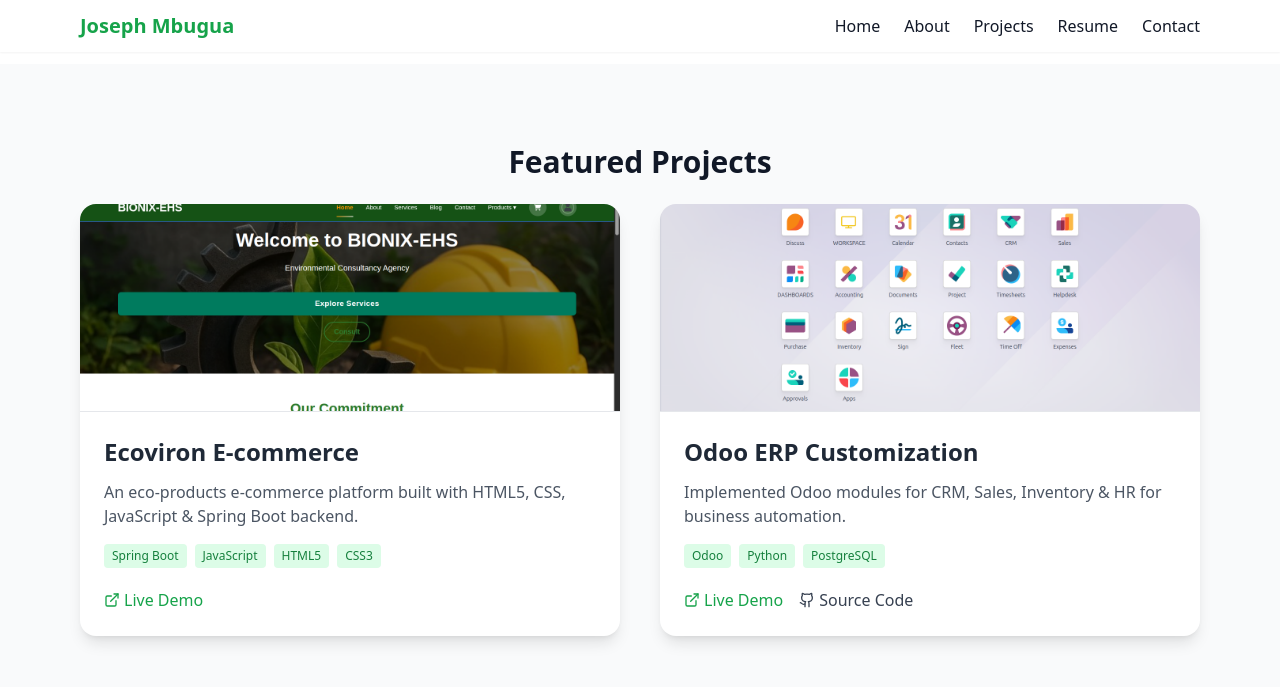
Repository: mbuguag/Portfolio
Page: /projects
The author's editor kept a copy of each file at every save. The page is drawn from the files as they stood at one save, then again after the next save.
The browser window is 1280 px wide. The pictures show the whole page.
The project was rebuilt for these pictures with package versions that can differ from the ones it lists, and the page was loaded fresh each time. Also part of the build but not shown: vite.config.js, src/components/Hero/Hero.jsx, src/pages/Home.jsx, src/pages/About.jsx, src/pages/Resume.jsx, src/pages/Contact.jsx.

Above is the page before, as saved 2025-10-24 12:52:19.

### index.html
<!doctype html>
<html lang="en">
  <head>
    <meta charset="UTF-8" />
    <link rel="icon" type="image/svg+xml" href="/vite.svg" />
    <meta name="viewport" content="width=device-width, initial-scale=1.0" />
    <title>dev-portfolio</title>
  </head>
  <body>
    <div id="root"></div>
    <script type="module" src="/src/main.jsx"></script>
  </body>
</html>

### src/App.jsx
import { Routes, Route } from "react-router-dom";
import Navbar from "./components/Navbar";
import Home from "./pages/Home";
import About from "./pages/About";
import Resume from "./pages/Resume";
import Projects from "./pages/Projects";
import Contact from "./pages/Contact";
import { AnimatePresence } from "framer-motion";

function App() {
  return (
    <>
      <Navbar />
      <div className="pt-16">
        <AnimatePresence mode="wait">
          <Routes>
            <Route path="/" element={<Home />} />
            <Route path="/about" element={<About />} />
            <Route path="/resume" element={<Resume />} />
            <Route path="/projects" element={<Projects />} />
            <Route path="/contact" element={<Contact />} />
          </Routes>
        </AnimatePresence>
      </div>
    </>
  );
}

export default App;

### src/index.css
@tailwind base;
@tailwind components;
@tailwind utilities;

/* Global */
:root {
  scroll-behavior: smooth;
}

body {
  @apply bg-white text-gray-900 dark:bg-gray-900 dark:text-gray-100 font-sans;
}

/* container helper */
.container {
  @apply max-w-6xl mx-auto px-4;
}

/* small utility */
.section-title {
  @apply text-3xl font-semibold mb-6;
}

.card {
  @apply bg-white dark:bg-gray-800 rounded-xl shadow-sm overflow-hidden;
}

### src/components/Navbar.jsx
import React from "react";
import { Link, NavLink } from "react-router-dom";

export default function Navbar() {
  return (
    <nav className="fixed top-0 left-0 w-full bg-white/80 dark:bg-gray-900/80 backdrop-blur-lg shadow-sm z-50">
      <div className="container mx-auto px-6 py-3 flex justify-between items-center">
        <Link to="/" className="text-xl font-bold text-green-600 dark:text-green-400">
          Joseph Mbugua
        </Link>

        <div className="space-x-6 hidden md:flex">
          <NavLink to="/" className="hover:text-green-500" end>Home</NavLink>
          <NavLink to="/about" className="hover:text-green-500">About</NavLink>
          <NavLink to="/projects" className="hover:text-green-500">Projects</NavLink>
          <NavLink to="/resume" className="hover:text-green-500">Resume</NavLink>
          <NavLink to="/contact" className="hover:text-green-500">Contact</NavLink>
        </div>
      </div>
    </nav>
  );
}

### src/pages/Projects.jsx
import React from "react";
import { motion } from "framer-motion";
import { ExternalLink, Github } from "lucide-react";
import { projects } from "../data/projects"; // make sure this file exports your project list

export default function Projects() {
  return (
    <section id="projects" className="py-20 bg-gray-50 dark:bg-gray-950 transition-colors">
      <div className="container">
        <motion.h2
          className="section-title text-center mb-12"
          initial={{ opacity: 0, y: 20 }}
          animate={{ opacity: 1, y: 0 }}
          transition={{ duration: 0.6 }}
        >
          Featured Projects
        </motion.h2>

        <div className="grid gap-10 md:grid-cols-2">
          {projects.map((p, i) => (
            <motion.article
              key={p.id || i}
              className="bg-white dark:bg-gray-900 rounded-2xl shadow-lg overflow-hidden hover:shadow-2xl transition-all"
              initial={{ opacity: 0, y: 40 }}
              whileInView={{ opacity: 1, y: 0 }}
              transition={{ duration: 0.6, delay: i * 0.1 }}
              viewport={{ once: true }}
            >
              <img
                src={p.image}
                alt={p.title}
                className="w-full h-52 object-cover border-b dark:border-gray-800"
              />
              <div className="p-6">
                <h3 className="text-2xl font-semibold text-gray-800 dark:text-gray-100">{p.title}</h3>
                <p className="mt-3 text-gray-600 dark:text-gray-400">{p.description}</p>

                {/* Tech tags */}
                <div className="mt-4 flex flex-wrap gap-2">
                  {p.tech?.map((t) => (
                    <span
                      key={t}
                      className="px-2 py-1 bg-green-100 dark:bg-green-900/30 text-green-700 dark:text-green-300 rounded text-xs"
                    >
                      {t}
                    </span>
                  ))}
                </div>

                {/* Links */}
                <div className="mt-5 flex items-center gap-4">
                  {p.live && (
                    <a
                      href={p.live}
                      target="_blank"
                      rel="noreferrer"
                      className="inline-flex items-center text-green-600 dark:text-green-400 hover:underline"
                    >
                      <ExternalLink size={16} className="mr-1" /> Live Demo
                    </a>
                  )}
                  {p.github && (
                    <a
                      href={p.github}
                      target="_blank"
                      rel="noreferrer"
                      className="inline-flex items-center text-gray-700 dark:text-gray-300 hover:underline"
                    >
                      <Github size={16} className="mr-1" /> Source Code
                    </a>
                  )}
                </div>
              </div>
            </motion.article>
          ))}
        </div>
      </div>
    </section>
  );
}

### src/components/Skills.jsx
import React from "react";
import { motion } from "framer-motion";
import { Code, Database, Globe, Layers } from "lucide-react";

const skillsData = [
  {
    category: "Frontend",
    icon: <Globe className="w-6 h-6 text-blue-500" />,
    skills: [
      { name: "React / Next.js", level: 90 },
      { name: "JavaScript (ES6+)", level: 85 },
      { name: "Tailwind CSS", level: 80 },
      { name: "HTML / CSS", level: 95 },
    ],
  },
  {
    category: "Backend",
    icon: <Database className="w-6 h-6 text-green-500" />,
    skills: [
      { name: "Java Spring Boot", level: 90 },
      { name: "RESTful APIs", level: 88 },
      { name: "PostgreSQL / MySQL", level: 80 },
      { name: "JWT / OAuth Security", level: 75 },
    ],
  },
  {
    category: "Tools & DevOps",
    icon: <Layers className="w-6 h-6 text-purple-500" />,
    skills: [
      { name: "Git / GitHub", level: 90 },
      { name: "Docker", level: 75 },
      { name: "CI/CD (GitHub Actions)", level: 70 },
      { name: "Linux / Ubuntu", level: 85 },
    ],
  },
  {
    category: "Other Technologies",
    icon: <Code className="w-6 h-6 text-yellow-500" />,
    skills: [
      { name: "Odoo ERP (CRM, Sales, Inventory)", level: 80 },
      { name: "Firebase / FCM", level: 70 },
      { name: "Flutter Integration", level: 65 },
      { name: "WebSockets / Real-time Systems", level: 78 },
    ],
  },
];

export default function Skills() {
  return (
    <section id="skills" className="py-20 bg-gray-50 dark:bg-gray-950 transition-colors">
      <div className="container">
        <motion.h2
          className="section-title text-center mb-12"
          initial={{ opacity: 0, y: 20 }}
          whileInView={{ opacity: 1, y: 0 }}
          transition={{ duration: 0.6 }}
          viewport={{ once: true }}
        >
          Skills & Expertise
        </motion.h2>

        <div className="grid md:grid-cols-2 lg:grid-cols-2 gap-8">
          {skillsData.map((group, i) => (
            <motion.div
              key={i}
              className="p-6 rounded-2xl bg-white dark:bg-gray-900 shadow-sm ring-1 ring-gray-100 dark:ring-gray-800"
              initial={{ opacity: 0, y: 40 }}
              whileInView={{ opacity: 1, y: 0 }}
              transition={{ duration: 0.6, delay: i * 0.1 }}
              viewport={{ once: true }}
            >
              <div className="flex items-center gap-3 mb-4">
                {group.icon}
                <h3 className="text-xl font-semibold text-gray-800 dark:text-gray-200">
                  {group.category}
                </h3>
              </div>

              <div className="space-y-4">
                {group.skills.map((skill, j) => (
                  <div key={j}>
                    <div className="flex justify-between mb-1 text-sm text-gray-700 dark:text-gray-300">
                      <span>{skill.name}</span>
                      <span>{skill.level}%</span>
                    </div>
                    <div className="h-2 w-full bg-gray-200 dark:bg-gray-800 rounded-full overflow-hidden">
                      <motion.div
                        className="h-full bg-gradient-to-r from-green-400 to-blue-500 rounded-full"
                        initial={{ width: 0 }}
                        whileInView={{ width: `${skill.level}%` }}
                        transition={{ duration: 1, ease: "easeOut" }}
                        viewport={{ once: true }}
                      />
                    </div>
                  </div>
                ))}
              </div>
            </motion.div>
          ))}
        </div>
      </div>
    </section>
  );
}

### src/data/projects.js
export const projects = [
  {
    id: 1,
    title: "Ecoviron E-commerce",
    description:
      "An eco-products e-commerce platform built with HTML5, CSS, JavaScript & Spring Boot backend.",
    image: "/Bionix.png",
    tech: ["Spring Boot", "JavaScript", "HTML5", "CSS3"],
    live: "https://www.bionix-hse.co.ke",
    github: "",
  },
  {
    id: 2,
    title: "Odoo ERP Customization",
    description:
      "Implemented Odoo modules for CRM, Sales, Inventory & HR for business automation.",
    image: "/Odoo.png",
    tech: ["Odoo", "Python", "PostgreSQL"],
    live: "#",
    github: "#",
  },
];

Loaded but not shown: src/main.jsx (common file); tailwind.config.js (common file)

After the next save:
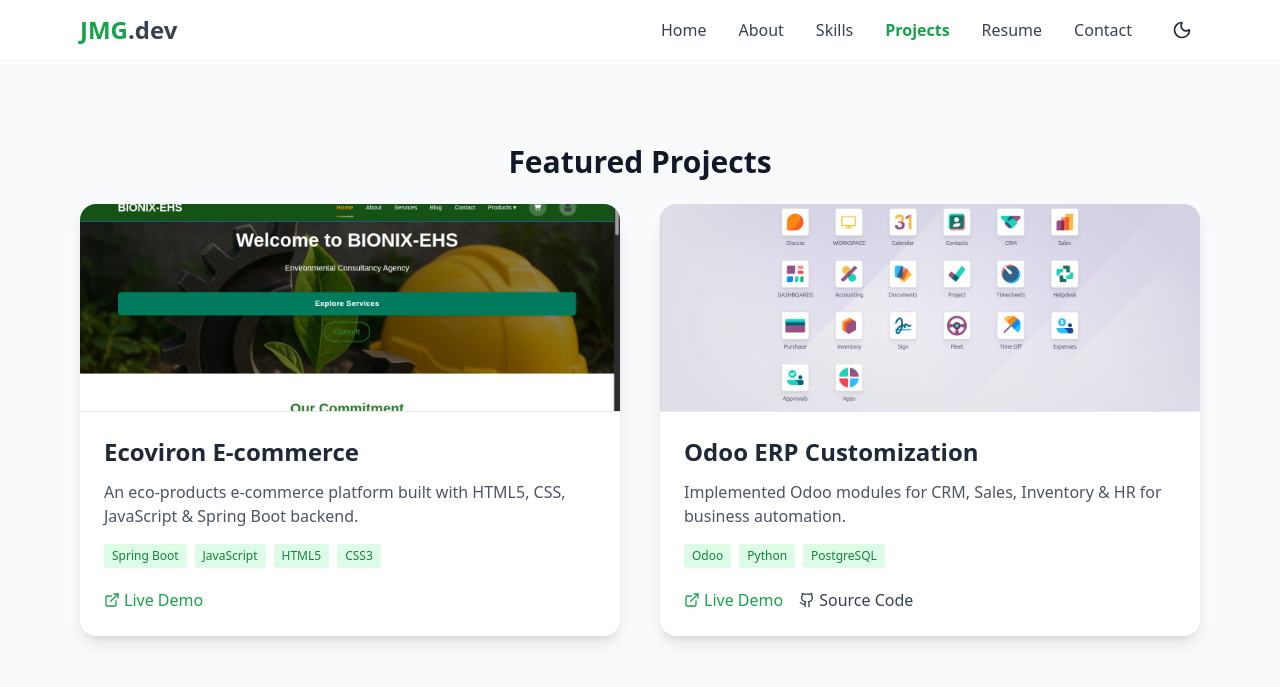
Saved 7 min 53 s later.
--- a/src/components/Navbar.jsx
+++ b/src/components/Navbar.jsx
@@ -1,22 +1,114 @@
-import React from "react";
-import { Link, NavLink } from "react-router-dom";
+import React, { useState, useEffect } from "react";
+import { Menu, X, Moon, Sun } from "lucide-react";
+import { Link, useLocation } from "react-router-dom";
 
 export default function Navbar() {
+  const [menuOpen, setMenuOpen] = useState(false);
+  const [theme, setTheme] = useState(localStorage.getItem("theme") || "light");
+  const location = useLocation();
+
+  // Apply theme to HTML element
+  useEffect(() => {
+    document.documentElement.classList.toggle("dark", theme === "dark");
+    localStorage.setItem("theme", theme);
+  }, [theme]);
+
+  const toggleTheme = () => setTheme(theme === "light" ? "dark" : "light");
+
+  const navLinks = [
+    { name: "Home", path: "/" },
+    { name: "About", path: "/about" },
+    { name: "Skills", path: "/skills" },
+    { name: "Projects", path: "/projects" },
+    { name: "Resume", path: "/resume" },
+    { name: "Contact", path: "/contact" },
+  ];
+
   return (
-    <nav className="fixed top-0 left-0 w-full bg-white/80 dark:bg-gray-900/80 backdrop-blur-lg shadow-sm z-50">
-      <div className="container mx-auto px-6 py-3 flex justify-between items-center">
-        <Link to="/" className="text-xl font-bold text-green-600 dark:text-green-400">
-          Joseph Mbugua
+    <nav className="fixed top-0 left-0 w-full z-50 bg-white/80 dark:bg-gray-900/80 backdrop-blur-md shadow-sm">
+      <div className="container mx-auto flex justify-between items-center px-4 py-3">
+        <Link
+          to="/"
+          className="text-2xl font-bold text-green-600 dark:text-green-400"
+        >
+          JMG<span className="text-gray-700 dark:text-gray-300">.dev</span>
         </Link>
 
-        <div className="space-x-6 hidden md:flex">
-          <NavLink to="/" className="hover:text-green-500" end>Home</NavLink>
-          <NavLink to="/about" className="hover:text-green-500">About</NavLink>
-          <NavLink to="/projects" className="hover:text-green-500">Projects</NavLink>
-          <NavLink to="/resume" className="hover:text-green-500">Resume</NavLink>
-          <NavLink to="/contact" className="hover:text-green-500">Contact</NavLink>
+        {/* Desktop Nav */}
+        <div className="hidden md:flex gap-8 items-center">
+          {navLinks.map((link) => (
+            <Link
+              key={link.name}
+              to={link.path}
+              className={`hover:text-green-600 ${
+                location.pathname === link.path
+                  ? "text-green-600 font-semibold"
+                  : "text-gray-700 dark:text-gray-200"
+              }`}
+            >
+              {link.name}
+            </Link>
+          ))}
+
+          {/* Theme Toggle */}
+          <button
+            onClick={toggleTheme}
+            className="p-2 rounded-full hover:bg-gray-200 dark:hover:bg-gray-800 transition"
+            aria-label="Toggle Theme"
+          >
+            {theme === "light" ? (
+              <Moon className="text-gray-800" size={20} />
+            ) : (
+              <Sun className="text-yellow-400" size={20} />
+            )}
+          </button>
         </div>
+
+        {/* Mobile Menu Button */}
+        <button
+          className="md:hidden p-2"
+          onClick={() => setMenuOpen(!menuOpen)}
+          aria-label="Toggle Menu"
+        >
+          {menuOpen ? <X size={24} /> : <Menu size={24} />}
+        </button>
       </div>
+
+      {/* Mobile Menu Drawer */}
+      {menuOpen && (
+        <div className="md:hidden bg-white dark:bg-gray-900 border-t border-gray-100 dark:border-gray-800">
+          <div className="flex flex-col items-center py-4 space-y-4">
+            {navLinks.map((link) => (
+              <Link
+                key={link.name}
+                to={link.path}
+                onClick={() => setMenuOpen(false)}
+                className={`block text-lg hover:text-green-600 ${
+                  location.pathname === link.path
+                    ? "text-green-600 font-semibold"
+                    : "text-gray-700 dark:text-gray-200"
+                }`}
+              >
+                {link.name}
+              </Link>
+            ))}
+            <button
+              onClick={toggleTheme}
+              className="flex items-center gap-2 text-gray-700 dark:text-gray-200"
+            >
+              {theme === "light" ? (
+                <>
+                  <Moon size={18} /> Dark Mode
+                </>
+              ) : (
+                <>
+                  <Sun size={18} /> Light Mode
+                </>
+              )}
+            </button>
+          </div>
+        </div>
+      )}
     </nav>
   );
 }
